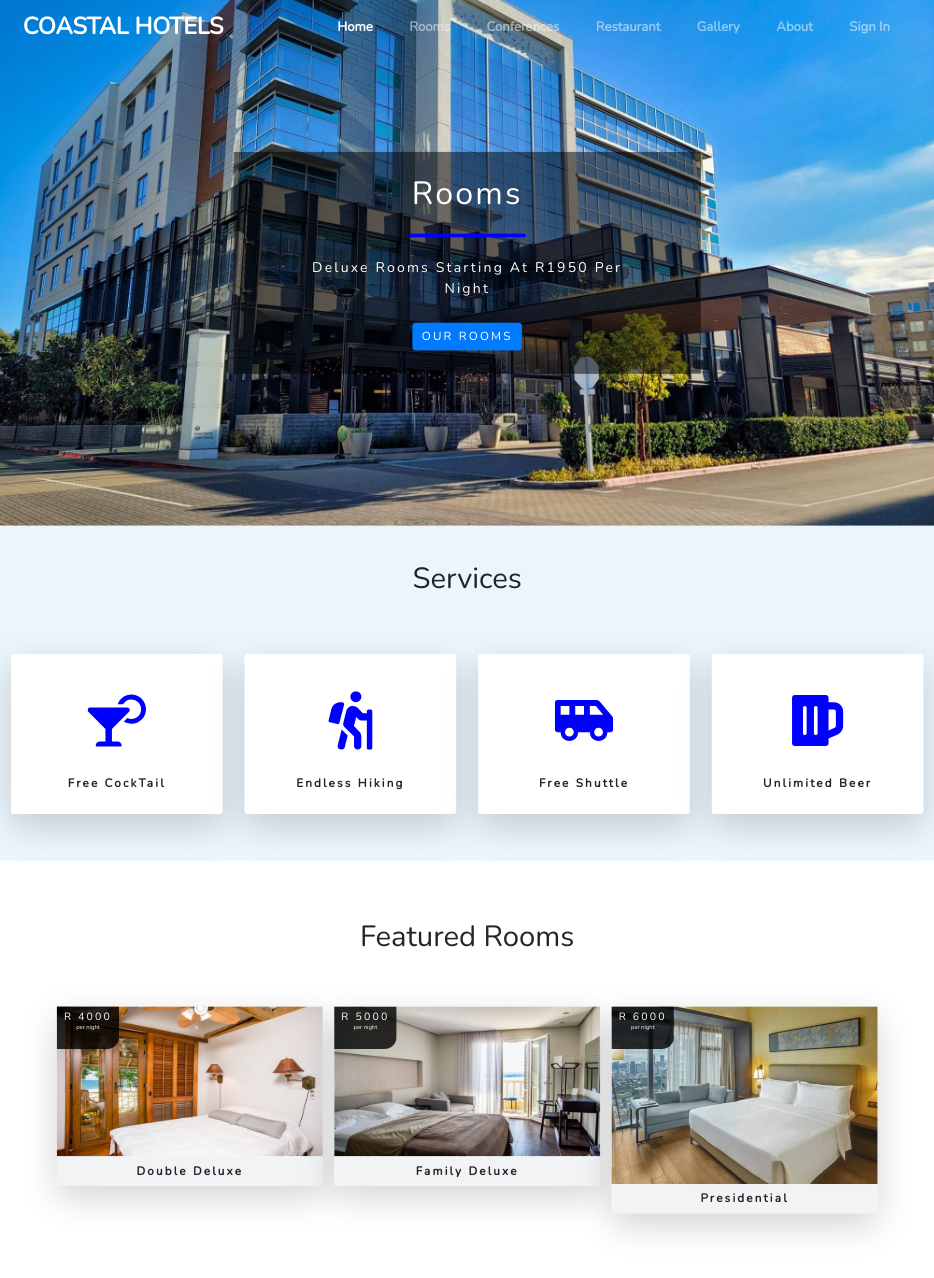
Repository: tebo27cMd/hotel
Page: /
These files come from the project's save history. The page is drawn as it stood at one moment and after the next save; the edit follows.
The browser window is 1280 px wide. The pictures show the whole page, at 73% of full size.
The project was rebuilt for these pictures with package versions that can differ from the ones it lists, and the page was loaded fresh each time. Also part of the build but not shown: src/components/RoomsFilter.jsx, src/components/RoomsList.jsx, src/components/RoomsContainer.jsx, src/pages/Rooms.jsx, src/components/StyledHero.jsx, src/firebase.js, src/pages/SingleRoom.jsx, src/pages/Error.jsx and 4 more.

Above is the page before, as saved 2022-11-16 12:13:08.

After the next save:
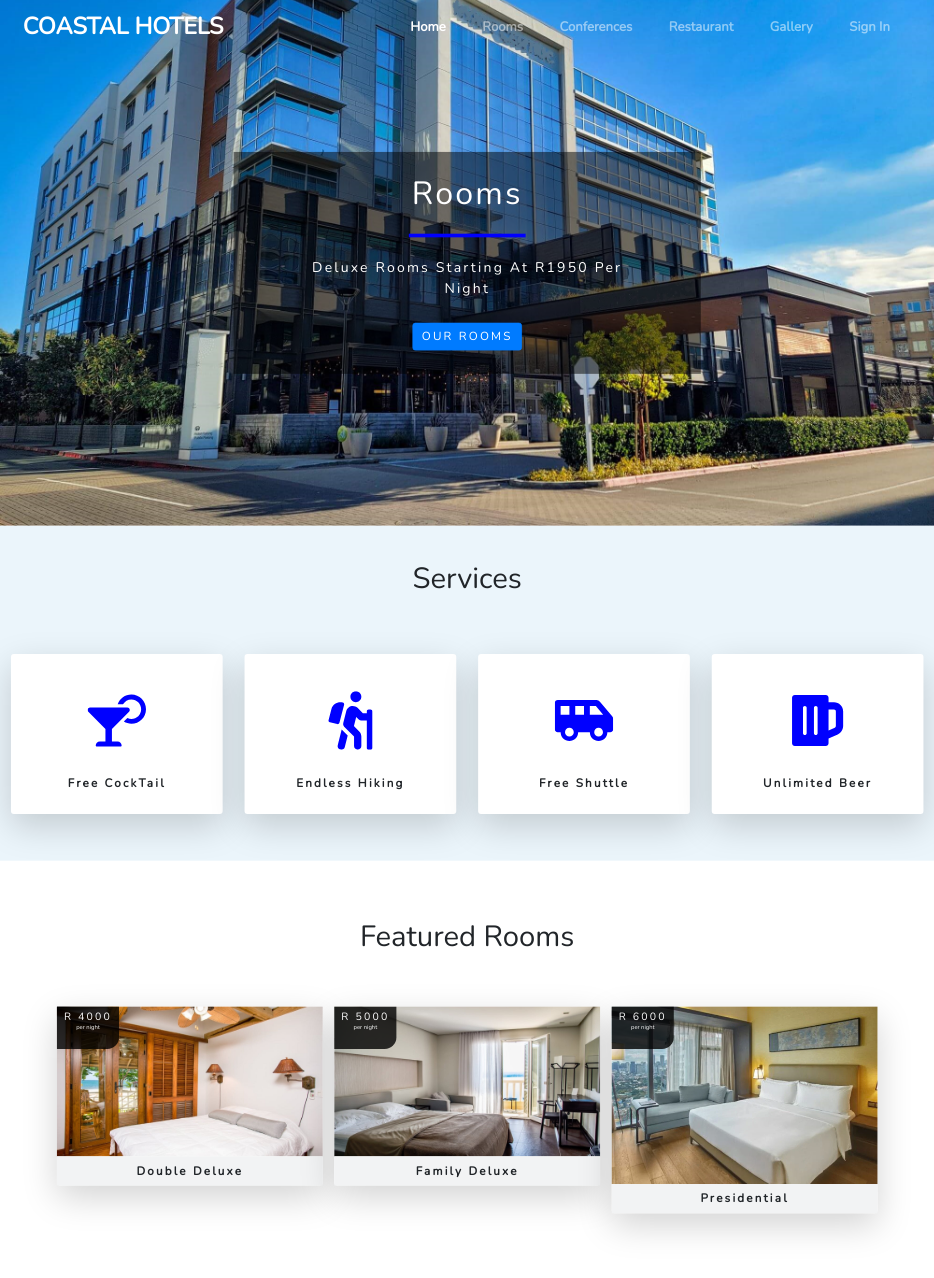
Saved 4 s later.
--- a/src/components/Navbar.jsx
+++ b/src/components/Navbar.jsx
@@ -35,9 +35,7 @@ const Navbar = () => {
                         <li className="nav-item">
                             <NavLink className="nav-link"   to="/contact">Gallery</NavLink>
                         </li>
-                        <li className="nav-item">
-                            <NavLink className="nav-link"   to="/about">About</NavLink>
-                        </li>
+
 
                         <li className="nav-item">
                             <NavLink className="nav-link"   to="/login">Sign In</NavLink>
